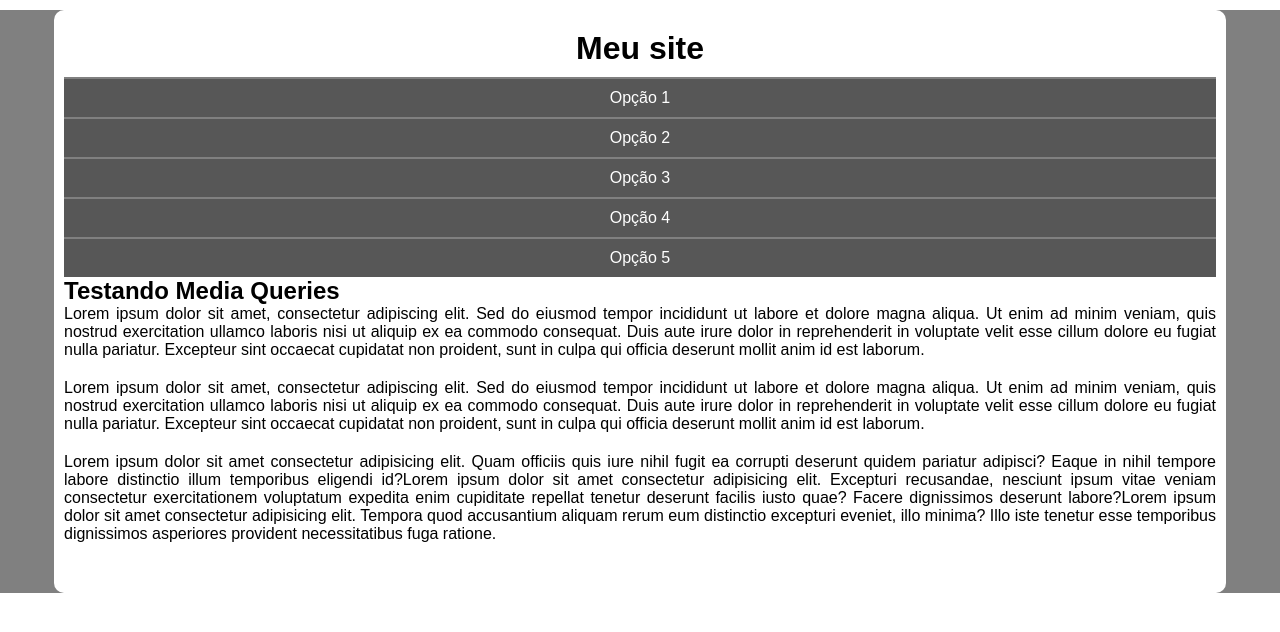
Repository: Sandro1969-tech/menu-hamburger
Page: index.html
These files come from the project's save history. The page is drawn as it stood at one moment and after the next save; the edit follows.
The browser window is 1280 px wide. The pictures show the whole page.

Above is the page before, as saved 2025-12-25 18:48:40.

After the next save:
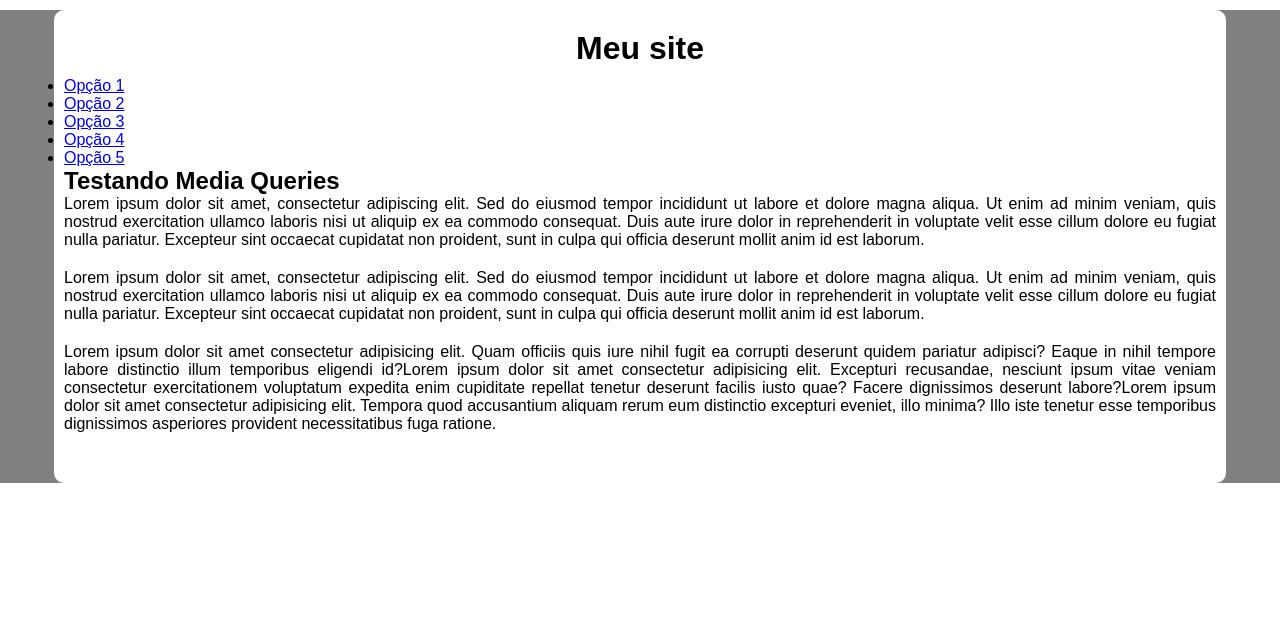
Saved 2 min 18 s later.
--- a/index.html
+++ b/index.html
@@ -10,7 +10,7 @@
   <header>
     <main>
             <h1>Meu site</h1>
-                    <link  rel="stylesheet" href="image/iconmenu.png">
+                    <link  rel="stylesheet" href
 
 
             <menu>

After the save that followed:
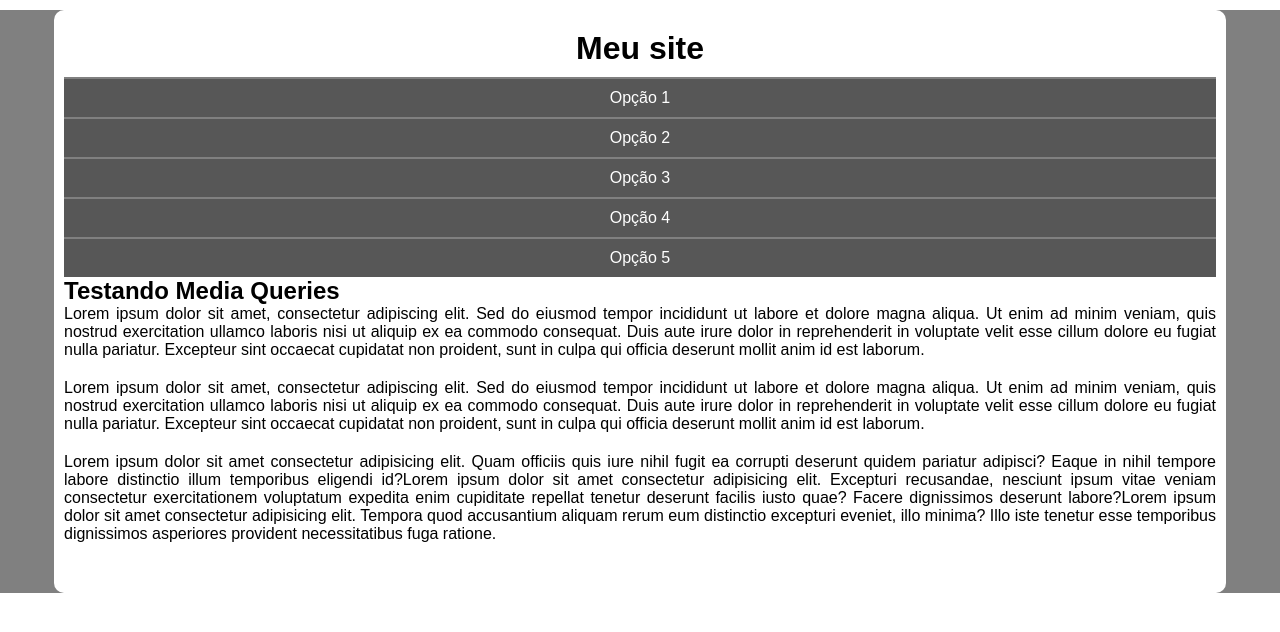
Saved 6 s later.
--- a/index.html
+++ b/index.html
@@ -10,7 +10,7 @@
   <header>
     <main>
             <h1>Meu site</h1>
-                    <link  rel="stylesheet" href
+
 
 
             <menu>
